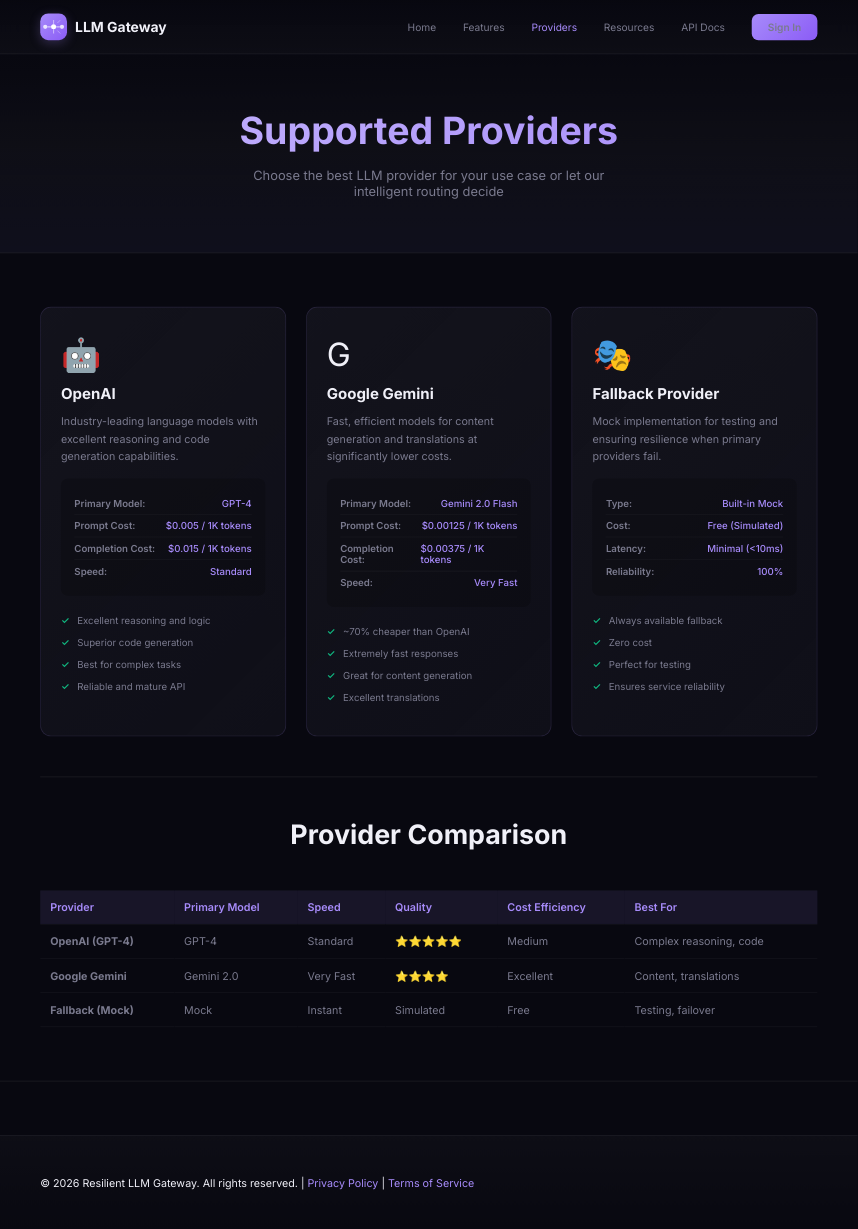
Repository: Poorna-Chandra-D/LLM-gateway
Page: app/providers.html
The author's editor kept a copy of each file at every save. The page is drawn from the files as they stood at one save, then again after the next save.
The browser window is 1280 px wide. The pictures show the whole page, at 67% of full size.

Above is the page before, as saved 2026-04-04 22:37:33.

After the next save:
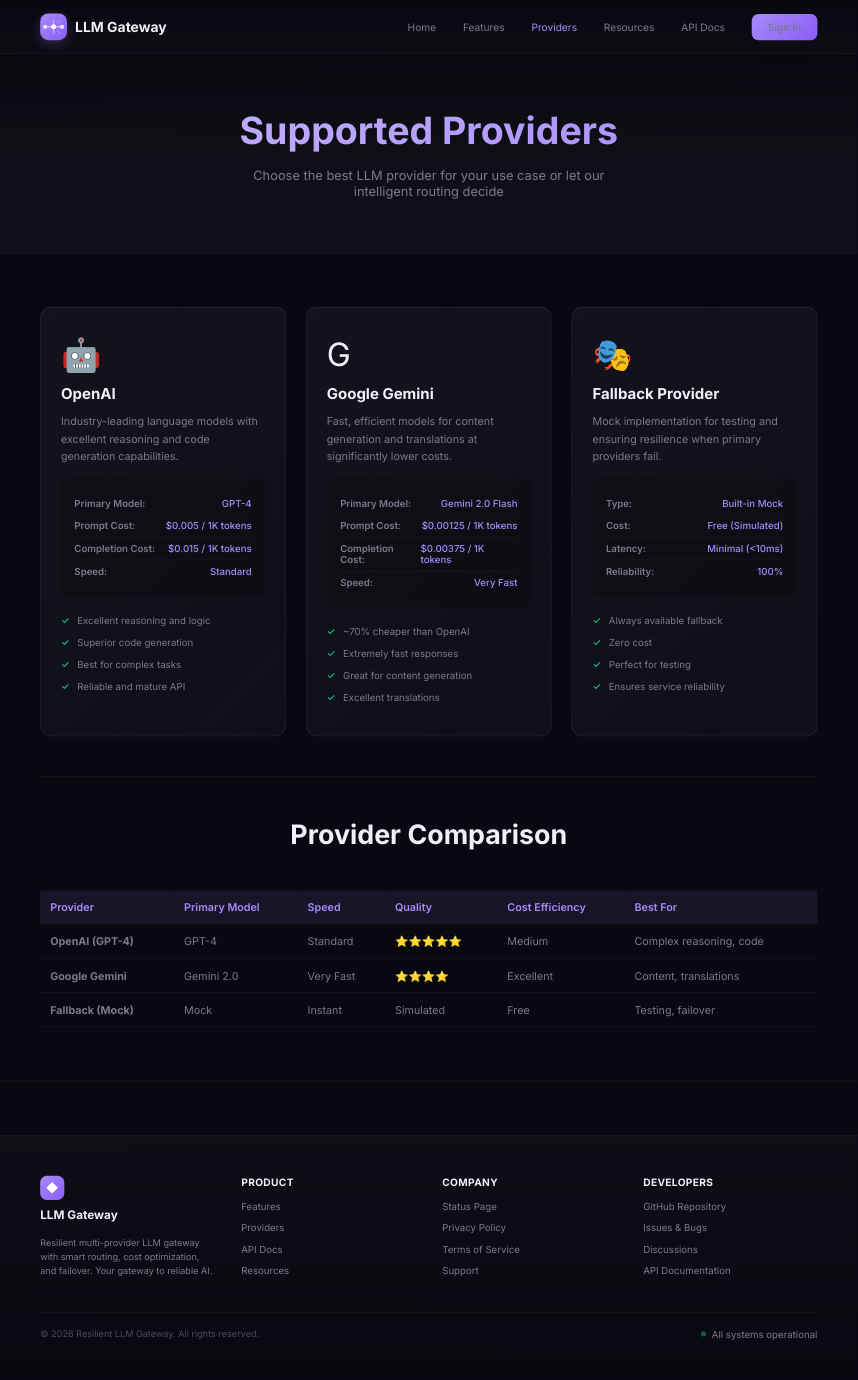
Saved 5 s later.
--- a/app/providers.html
+++ b/app/providers.html
@@ -650,8 +650,51 @@
     </section>
 
     <!-- Footer -->
+    <!-- Footer -->
     <footer>
-        <p>© 2026 Resilient LLM Gateway. All rights reserved. | <a href="#" style="color: var(--accent); text-decoration: none;">Privacy Policy</a> | <a href="#" style="color: var(--accent); text-decoration: none;">Terms of Service</a></p>
+        <div class="footer-content">
+            <div class="footer-section footer-brand">
+                <div class="footer-logo">◆</div>
+                <div class="footer-brand-text">LLM Gateway</div>
+                <div class="footer-brand-desc">Resilient multi-provider LLM gateway with smart routing, cost optimization, and failover. Your gateway to reliable AI.</div>
+            </div>
+            <div class="footer-section">
+                <h3>Product</h3>
+                <ul>
+                    <li><a href="/features">Features</a></li>
+                    <li><a href="/providers">Providers</a></li>
+                    <li><a href="/api-docs">API Docs</a></li>
+                    <li><a href="/resources">Resources</a></li>
+                </ul>
+            </div>
+            <div class="footer-section">
+                <h3>Company</h3>
+                <ul>
+                    <li><a href="/status">Status Page</a></li>
+                    <li><a href="/privacy">Privacy Policy</a></li>
+                    <li><a href="/terms">Terms of Service</a></li>
+                    <li><a href="mailto:support@llmgateway.com">Support</a></li>
+                </ul>
+            </div>
+            <div class="footer-section">
+                <h3>Developers</h3>
+                <ul>
+                    <li><a href="https://github.com/Resilient-LLM-Gateway-Team-2/llm-gateway" target="_blank">GitHub Repository</a></li>
+                    <li><a href="https://github.com/Resilient-LLM-Gateway-Team-2/llm-gateway/issues" target="_blank">Issues & Bugs</a></li>
+                    <li><a href="https://github.com/Resilient-LLM-Gateway-Team-2/llm-gateway/discussions" target="_blank">Discussions</a></li>
+                    <li><a href="/api-docs">API Documentation</a></li>
+                </ul>
+            </div>
+        </div>
+        <div class="footer-divider">
+            <div class="footer-copy">© 2026 Resilient LLM Gateway. All rights reserved.</div>
+            <div class="footer-status">
+                <div class="status-indicator">
+                    <span class="status-dot"></span>
+                    All systems operational
+                </div>
+            </div>
+        </div>
     </footer>
 </body>
 </html>
